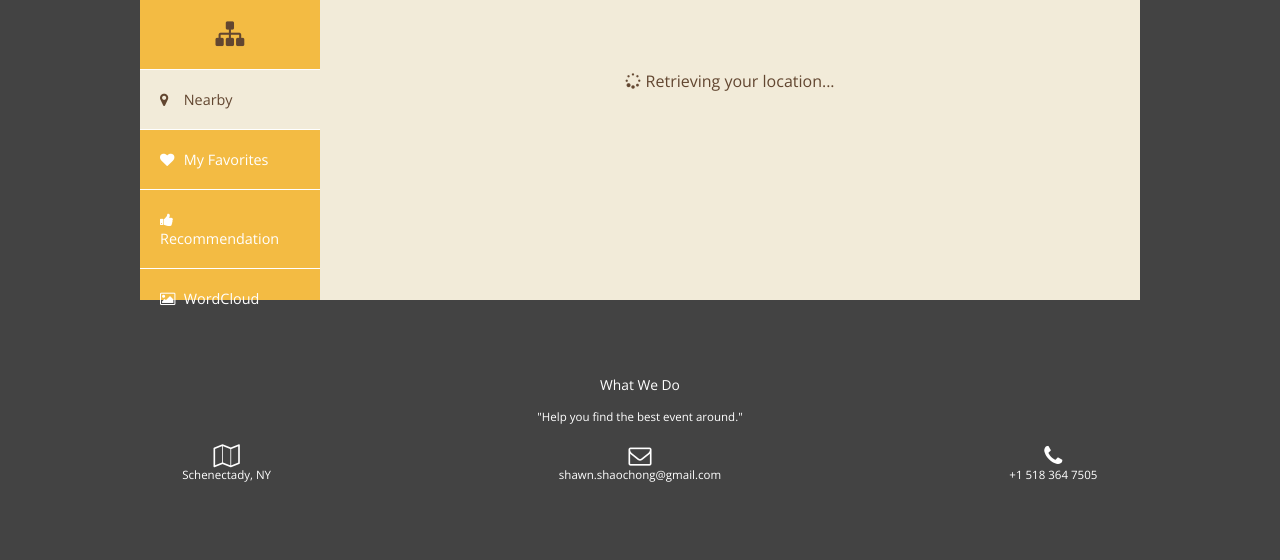
Repository: shawn-shaochong/518selfproject
Page: http://localhost/Jupiter/
An editor plug-in stored every save of this project. The page is shown before and after the next save, followed by the edit.
The browser window is 1280 px wide. The pictures show the part of the page from y = 310 to 879 px (the page is 870 px tall before and 879 px after).
Some web libraries are served in a nearby version. The page is served by Tomcat 9. Other server files are loaded and not shown.

Above is the page before, as saved 2019-05-10 04:18:31.

### workplace/Jupiter/WebContent/index.html
<!DOCTYPE html>
<html>
<head>
  <meta charset="UTF-8">
  <meta name="description" content="Item Recommendation">
  <meta name="author" content="Your Name">
  <title>Event Recommendation Final</title>
  <link href='https://fonts.googleapis.com/css?family=Open+Sans:400,300,700' rel='stylesheet' type='text/css'>
  <link rel="stylesheet" href="https://maxcdn.bootstrapcdn.com/font-awesome/4.5.0/css/font-awesome.min.css">
  <link rel="stylesheet" href="styles/main.css">
</head>
<body>
  <header class="top-header">
    <nav class="top-nav">
      <a href="#">Home</a>
      <a href="#">Contact</a>
      <a href="#">About</a>
    </nav>
    <span id="welcome-msg"></span>
    <i id="avatar" class="avatar fa fa-user fa-2x"></i>
  </header>

  <div class="container">
    <header>
      <p>
        <span>Event</span>
        <br /> Recommendation
      </p>
    </header>

    <section class="main-section">
      <aside id="item-nav">
        <div class="nav-icon">
          <i class="fa fa-sitemap fa-2x"></i>
        </div>
        <nav class="main-nav">
          <a href="#" id="nearby-btn" class="main-nav-btn active">
            <i class="fa fa-map-marker"></i> Nearby
          </a>
          <a href="#" id="fav-btn" class="main-nav-btn">
            <i class="fa fa-heart"></i> My Favorites
          </a>
          <a href="#" id="recommend-btn" class="main-nav-btn">
            <i class="fa fa-thumbs-up"></i> Recommendation
          </a>
          <a href="#" id="wordcloud-btn" class="main-nav-btn">
            <i class="fa fa-photo"></i> WordCloud
          </a>
        </nav>
      </aside>

      <ul id="item-list">
        <li class="item">
          <img alt="item image" src="https://d2j8c2rj2f9b78.cloudfront.net/uploads/hero-images/The-Avett-Brothers-Concert-Bojangles.jpg" />
          <div>
            <a class="item-name" href="#">Events and Festivals</a>
            <p class="item-category">EDC Concert</p>
            <div class="stars">
              <i class="fa fa-star"></i>
              <i class="fa fa-star"></i>
              <i class="fa fa-star"></i>
            </div>
          </div>
          <p class="item-address">699 Calderon Ave<br/>Mountain View<br/> CA</p>
          <div class="fav-link">
            <i class="fa fa-heart"></i>
          </div>
        </li>
      </ul>
    </section>
  </div>

  <footer>
    <p class="title">What We Do</p>
    <p>"Help you find the best event around."</p>
    <ul>
      <li>
        <p><i class="fa fa-map-o fa-2x"></i></p>
        <p>Schenectady, NY</p>
      </li>
      <li>
        <p><i class="fa fa-envelope-o fa-2x"></i></p>
        <p>shawn.shaochong@gmail.com</p>
      </li>
      <li>
        <p><i class="fa fa-phone fa-2x"></i></p>
        <p>+1 518 364 7505</p>
      </li>
    </ul>
  </footer>

  <script src="https://rawgit.com/emn178/js-md5/master/build/md5.min.js"></script>
  <script src="scripts/main.js"></script>
</body>
</html>

### workplace/Jupiter/WebContent/styles/main.css
* {
	box-sizing: border-box;
	margin: 0;
	padding: 0;
}

body {
	background: #434343;
	color: #FFFFFF;
	font-family: 'Open Sans', sans-serif;
	font-weight: 300;
	font-size: 0.9em;
}

ul {
	list-style: none;
}

/**
 * top header
 */
.top-header {
	align-items: center;
	background: #DF574B;
	box-shadow: 0px 2px 10px #333333;
	display: flex;
	height: 60px;
	position: fixed;
	top: 0;
	width: 100%;
	z-index: 1;
}

.avatar {
	background: #FFFFFF;
	border-radius: 50%;
	color: #333C4D;
	height: 40px;
	margin-right: 20px;
	padding-left: 9px;
	padding-top: 5px;
	width: 40px;
}

/**
 * top navigation
 */
.top-nav {
	flex: 1;
}

.top-nav a {
	color: #F9F9F9;
	font-weight: 400;
	margin-left: 20px;
	text-decoration: none;
}

#welcome-msg {
	border-right: 1px solid #FFFFFF;
	padding-right: 10px;
}

/**
 * main container
 */
.container {
	margin: 60px auto;
	max-width: 1000px;
	min-width: 600px;
}

/**
 * main header
 */
.container>header {
	align-items: center;
/* 	https://www.mch-group.com/-/media/mch-group/Images/Content/News/Blog/2017/2017-04/mch-group-live-marketing-aktivierung.jpg
 */	background:
		url('https://www.mch-group.com/-/media/mch-group/Images/Content/News/Blog/2017/2017-04/mch-group-live-marketing-aktivierung.jpg')
		no-repeat 50% 50%;
	background-size: 100%;
	display: flex;
	height: 250px;
}

.container>header p {
	border-left: 1px solid #FFFFFF;
	font-weight: 400;
	font-size: 2em;
	line-height: 1em;
	margin-left: 220px;
	padding-left: 5px;
}

.container>header span {
	color: #FBAF41;
}

/**
 * main section
 */
.main-section {
	background: #F3BB43;
}

/**
 * aside
 */
#item-nav {
	float: left;
	width: 180px;
}

.nav-icon {
	color: #624630;
	padding: 20px;
	text-align: center;
}

/**
 * main navigation
 */
.main-nav-btn {
	background: none;
	border-top: 1px solid #FFFFFF;
	color: #FFFFFF;
	display: block;
	padding: 20px;
	text-align: left;
	text-decoration: none;
}

.main-nav-btn:hover {
	background: rgba(255, 255, 255, 0.8);
	color: #624630;
}

.main-nav-btn.active {
	background: #F2EBD9;
	color: #624630;
}

.main-nav-btn i {
	width: 20px;
}

/**
 * item list
 */
#item-list {
	background: #F2EBD9;
	color: #624630;
	list-style: none;
	margin-left: 180px;
	min-height: 300px;
	/* original 250px
	change the value if adding more functions on side bar*/
	padding: 10px;
}

#item-list .notice {
	font-size: 16px;
	padding: 60px;
	text-align: center;
}

/**
 * item
 */
.item {
	align-items: center;
	border-bottom: 1px solid #FFFFFF;
	display: flex;
	margin: 10px;
	padding: 15px;
	transition: background-color 100ms linear;
}

.item:last-child {
	border: none;
}

.item:hover {
	background: rgba(255, 255, 255, 0.8);
	transition: background-color 100ms linear;
}

.item img {
	border: 1px solid #FFFFFF;
	height: 80px;
	width: 80px;
}

.item>div:first-of-type {
	flex: 1;
	margin-left: 10px;
	margin-right: 10px;
}

.item-name {
	color: #624630;
	font-weight: 400;
	text-decoration: none;
}

.item-name:hover {
	text-decoration: underline;
}

.item-address {
	line-height: 20px;
	padding-right: 20px;
	text-align: right;
}

.stars {
	align-items: center;
	display: flex;
	padding-top: 10px;
}

.fav-link {
	border-left: 1px solid #FFFFFF;
	cursor: pointer;
	line-height: 60px;
	text-align: center;
	width: 60px;
}

.fav-link:hover {
	color: #F13F3F;
}

/**
 * footer section
 */
footer {
	background: #434343;
	font-size: 0.8em;
	height: 200px;
	position: relative;
}

footer p {
	text-align: center;
}

footer p.title {
	font-size: 1.2em;
	padding: 15px;
}

footer ul {
	align-items: center;
	display: flex;
	padding: 20px;
}

footer ul li {
	flex: 1;
}

### workplace/Jupiter/WebContent/scripts/main.js
(function() {

    /**
     * Variables
     */
    var user_id = '1111';
    var user_fullname = 'John';
    var lng = -122.08;
    var lat = 37.38;

    /**
     * Initialize
     */
    function init() {
        // Register event listeners
        $('nearby-btn').addEventListener('click', loadNearbyItems);
        $('fav-btn').addEventListener('click', loadFavoriteItems);
        $('recommend-btn').addEventListener('click', loadRecommendedItems);
        $('wordcloud-btn').addEventListener('click', loadWordCloud);

        var welcomeMsg = $('welcome-msg');
        welcomeMsg.innerHTML = 'Welcome, ' + user_fullname;
        initGeoLocation();
    }

    function initGeoLocation() {
        if (navigator.geolocation) {
            navigator.geolocation.getCurrentPosition(onPositionUpdated,
                onLoadPositionFailed, {
                    maximumAge: 60000
                });
            showLoadingMessage('Retrieving your location...');
        } else {
            onLoadPositionFailed();
        }
    }

    function onPositionUpdated(position) {
        lat = position.coords.latitude;
        lng = position.coords.longitude;

        loadNearbyItems();
    }

    function onLoadPositionFailed() {
        console.warn('navigator.geolocation is not available');
        getLocationFromIP();
    }

    function getLocationFromIP() {
        // Get location from http://ipinfo.io/json
        var url = 'http://ipinfo.io/json'
        var req = null;
        ajax('GET', url, req, function(res) {
            var result = JSON.parse(res);
            if ('loc' in result) {
                var loc = result.loc.split(',');
                lat = loc[0];
                lng = loc[1];
            } else {
                console.warn('Getting location by IP failed.');
            }
            loadNearbyItems();
        });
    }

    // -----------------------------------
    // Helper Functions
    // -----------------------------------

    /**
     * A helper function that makes a navigation button active
     *
     * @param btnId -
     *            The id of the navigation button
     */
    function activeBtn(btnId) {
        var btns = document.getElementsByClassName('main-nav-btn');

        // deactivate all navigation buttons
        for (var i = 0; i < btns.length; i++) {
            btns[i].className = btns[i].className.replace(/\bactive\b/, '');
        }

        // active the one that has id = btnId
        var btn = $(btnId);
        btn.className += ' active';
    }

    function showLoadingMessage(msg) {
        var itemList = $('item-list');
        itemList.innerHTML = '<p class="notice"><i class="fa fa-spinner fa-spin"></i> ' +
            msg + '</p>';
    }

    function showWarningMessage(msg) {
        var itemList = $('item-list');
        itemList.innerHTML = '<p class="notice"><i class="fa fa-exclamation-triangle"></i> ' +
            msg + '</p>';
    }

    function showErrorMessage(msg) {
        var itemList = $('item-list');
        itemList.innerHTML = '<p class="notice"><i class="fa fa-exclamation-circle"></i> ' +
            msg + '</p>';
    }

    /**
     * A helper function that creates a DOM element <tag options...>
     *
     * @param tag
     * @param options
     * @returns
     */
    function $(tag, options) {
        if (!options) {
            return document.getElementById(tag);
        }

        var element = document.createElement(tag);

        for (var option in options) {
            if (options.hasOwnProperty(option)) {
                element[option] = options[option];
            }
        }

        return element;
    }

    function hideElement(element) {
        element.style.display = 'none';
    }

    function showElement(element, style) {
        var displayStyle = style ? style : 'block';
        element.style.display = displayStyle;
    }

    /**
     * AJAX helper
     *
     * @param method -
     *            GET|POST|PUT|DELETE
     * @param url -
     *            API end point
     * @param callback -
     *            This the successful callback
     * @param errorHandler -
     *            This is the failed callback
     */
    function ajax(method, url, data, callback, errorHandler) {
        var xhr = new XMLHttpRequest();

        xhr.open(method, url, true);

        xhr.onload = function() {
        	if (xhr.status === 200) {
        		callback(xhr.responseText);
        	} else {
        		errorHandler();
        	}
        };

        xhr.onerror = function() {
            console.error("The request couldn't be completed.");
            errorHandler();
        };

        if (data === null) {
            xhr.send();
        } else {
            xhr.setRequestHeader("Content-Type",
                "application/json;charset=utf-8");
            xhr.send(data);
        }
    }

    // -------------------------------------
    // AJAX call server-side APIs
    // -------------------------------------

    /**
     * API #1 Load the nearby items API end point: [GET]
     * /Dashi/search?user_id=1111&lat=37.38&lon=-122.08
     */
    function loadNearbyItems() {
        console.log('loadNearbyItems');
        activeBtn('nearby-btn');

        // The request parameters
        var url = './search';
        var params = 'user_id=' + user_id + '&lat=' + lat + '&lon=' + lng;
        var req = JSON.stringify({});

        // display loading message
        showLoadingMessage('Loading nearby items...');

        // make AJAX call
        ajax('GET', url + '?' + params, req,
            // successful callback
            function(res) {
                var items = JSON.parse(res);
                if (!items || items.length === 0) {
                    showWarningMessage('No nearby item.');
                } else {
                    listItems(items);
                }
            },
            // failed callback
            function() {
                showErrorMessage('Cannot load nearby items.');
            });
    }

    /**
     * API #2 Load favorite (or visited) items API end point: [GET]
     * /Dashi/history?user_id=1111
     */
    function loadFavoriteItems() {
        activeBtn('fav-btn');

        // The request parameters
        var url = './history';
        var params = 'user_id=' + user_id;
        var req = JSON.stringify({});

        // display loading message
        showLoadingMessage('Loading favorite items...');

        // make AJAX call
        ajax('GET', url + '?' + params, req, function(res) {
            var items = JSON.parse(res);
            if (!items || items.length === 0) {
                showWarningMessage('No favorite item.');
            } else {
                listItems(items);
            }
        }, function() {
            showErrorMessage('Cannot load favorite items.');
        });
    }

    /**
     * API #3 Load recommended items API end point: [GET]
     * /Dashi/recommendation?user_id=1111
     */
    function loadRecommendedItems() {
        activeBtn('recommend-btn');

        // The request parameters
        var url = './recommendation';
        var params = 'user_id=' + user_id + '&lat=' + lat + '&lon=' + lng;

        var req = JSON.stringify({});

        // display loading message
        showLoadingMessage('Loading recommended items...');

        // make AJAX call
        ajax(
            'GET',
            url + '?' + params,
            req,
            // successful callback
            function(res) {
                var items = JSON.parse(res);
                if (!items || items.length === 0) {
                    showWarningMessage('No recommended item. Make sure you have favorites.');
                } else {
                    listItems(items);
                }
            },
            // failed callback
            function() {
                showErrorMessage('Cannot load recommended items.');
            });
    }

    //Customized function for generating a personal wordcloud based on favorite
    function loadWordCloud() {
        activeBtn('wordcloud-btn');

        // The request parameters
        var url = './wordcloud';
        var params = 'user_id=' + user_id + '&lat=' + lat + '&lon=' + lng;

        var req = JSON.stringify({});

        // display loading message
        showLoadingMessage('Loading your personal wordcloud ...');

        // make AJAX call
        ajax(
            'GET',
            url + '?' + params,
            req,
            // successful callback
            function(res) {
                var items = JSON.parse(res);
                if (!items || items.length === 0) {
                    showWarningMessage('No wordcloud is generated. Make sure you have favorites.');
                } else {
                    listItems(items);
                }
            },
            // failed callback
            function() {
                showErrorMessage('Cannot load your wordcloud.');
            });
    }


    /**
     * API #4 Toggle favorite (or visited) items
     *
     * @param item_id -
     *            The item business id
     *
     * API end point: [POST]/[DELETE] /Dashi/history request json data: {
     * user_id: 1111, visited: [a_list_of_business_ids] }
     */
    function changeFavoriteItem(item_id) {
        // Check whether this item has been visited or not
        var li = $('item-' + item_id);
        var favIcon = $('fav-icon-' + item_id);
        var favorite = li.dataset.favorite !== 'true';

        // The request parameters
        var url = './history';
        var req = JSON.stringify({
            user_id: user_id,
            favorite: [item_id]
        });
        var method = favorite ? 'POST' : 'DELETE';

        ajax(method, url, req,
            // successful callback
            function(res) {
                var result = JSON.parse(res);
                if (result.result === 'SUCCESS') {
                    li.dataset.favorite = favorite;
                    favIcon.className = favorite ? 'fa fa-heart' : 'fa fa-heart-o';
                }
            });
    }

    // -------------------------------------
    // Create item list
    // -------------------------------------

    /**
     * List items
     *
     * @param items -
     *            An array of item JSON objects
     */
    function listItems(items) {
        // Clear the current results
        var itemList = $('item-list');
        itemList.innerHTML = '';

        for (var i = 0; i < items.length; i++) {
            addItem(itemList, items[i]);
        }
    }

    /**
     * Add item to the list
     *
     * @param itemList -
     *            The
     *            <ul id="item-list">
     *            tag
     * @param item -
     *            The item data (JSON object)
     */
    function addItem(itemList, item) {
        var item_id = item.item_id;

        // create the <li> tag and specify the id and class attributes
        var li = $('li', {
            id: 'item-' + item_id,
            className: 'item'
        });

        // set the data attribute
        li.dataset.item_id = item_id;
        li.dataset.favorite = item.favorite;

        // item image
        if (item.image_url) {
            li.appendChild($('img', {
                src: item.image_url
            }));
        } else {
            li.appendChild($(
                'img', {
                    src: 'https://assets-cdn.github.com/images/modules/logos_page/GitHub-Mark.png'
                }))
        }
        // section
        var section = $('div', {});

        // title
        var title = $('a', {
            href: item.url,
            target: '_blank',
            className: 'item-name'
        });
        title.innerHTML = item.name;
        section.appendChild(title);

        // category
        var category = $('p', {
            className: 'item-category'
        });
        category.innerHTML = 'Category: ' + item.categories.join(', ');
        section.appendChild(category);

        // TODO(vincent). here we might have a problem showing 3.5 as 3.
        // stars
        var stars = $('div', {
            className: 'stars'
        });

        for (var i = 0; i < item.rating; i++) {
            var star = $('i', {
                className: 'fa fa-star'
            });
            stars.appendChild(star);
        }

        if (('' + item.rating).match(/\.5$/)) {
            stars.appendChild($('i', {
                className: 'fa fa-star-half-o'
            }));
        }

        section.appendChild(stars);

        li.appendChild(section);

        // address
        var address = $('p', {
            className: 'item-address'
        });

        address.innerHTML = item.address.replace(/,/g, '<br/>').replace(/\"/g,
            '');
        li.appendChild(address);

        // favorite link
        var favLink = $('p', {
            className: 'fav-link'
        });

        favLink.onclick = function() {
            changeFavoriteItem(item_id);
        };

        favLink.appendChild($('i', {
            id: 'fav-icon-' + item_id,
            className: item.favorite ? 'fa fa-heart' : 'fa fa-heart-o'
        }));

        li.appendChild(favLink);

        itemList.appendChild(li);
    }

    init();

})();

After the next save:
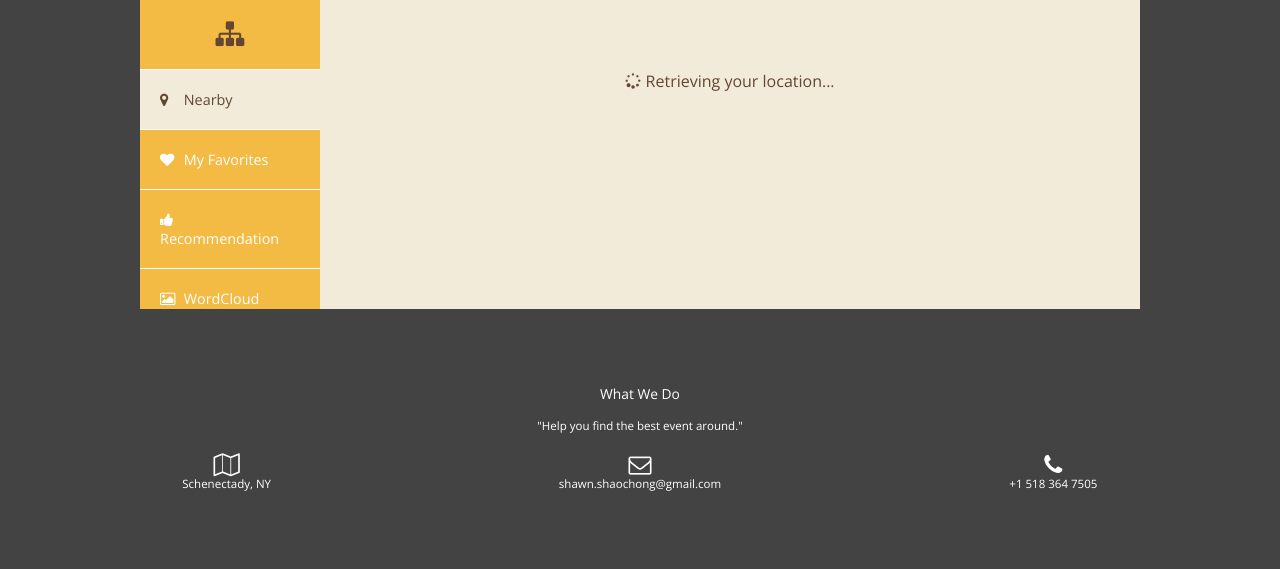
Saved 39 s later.
--- a/workplace/Jupiter/WebContent/styles/main.css
+++ b/workplace/Jupiter/WebContent/styles/main.css
@@ -153,7 +153,7 @@ ul {
 	color: #624630;
 	list-style: none;
 	margin-left: 180px;
-	min-height: 300px;
+	min-height: 308.8px;
 	/* original 250px
 	change the value if adding more functions on side bar*/
 	padding: 10px;
